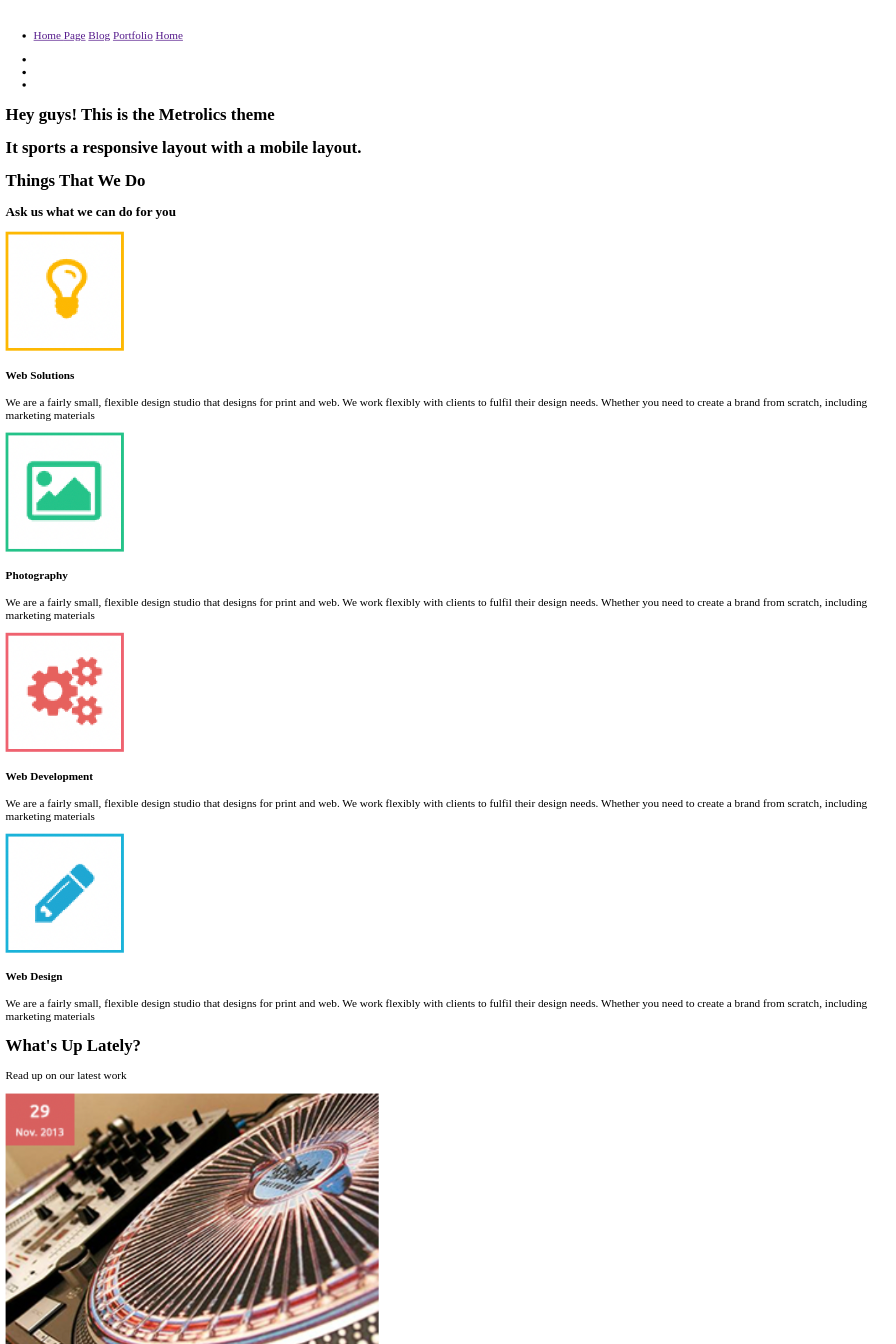
Repository: JerryWuOn/BCITPROJECT1-LAB-03B
Page: index.html
The author's editor kept a copy of each file at every save. The page is drawn from the files as they stood at one save, then again after the next save.
The browser window is 1280 px wide. The pictures show the part of the page from y = 0 to 1920 px (the page is 9210 px tall before and 9295 px after), at 70% of full size.

Above is the page before, as saved 2023-01-27 18:18:05.

### index.html
<!DOCTYPE html>
<html lang="en">
<head>
  <meta name="viewport" content="width=device-width, initial-scale=1.0">
    <title>Team Jerry and Takami</title>
</head>
<body class="page page--home">

  <header class="page_header">
      <div class="page_header_logo">
        <img src="" alt="">
      </div>
      <section class="home_pages">
        <ul class="page-links">
          <li class="page-links_items">
            <a href="">Home </a>
            <a href="">Page</a>
            <a href="">Blog</a>
            <a href="">Portfolio</a>
            <a href="">Home</a>
          </li>
        </ul>
      </section>
  </header>

  <section class="carousel">
    <ul class="carousel_items">
      <li></li>
      <li></li>
      <li></li>
    </ul>
  </section>

  <section class="comp_name">
    <h1  class="font">Hey guys! This is the Metrolics theme</h1>
         <h1  class="font2">It sports a responsive layout with a mobile layout.</h1>
  </section>

  <section class="comp_description">

  </section>

          <h2>Things That We Do</h2>
            <h3>Ask us what we can do for you</h3>

             <div class="">

                <div>
                   <a><img src="icon1.png" href=""></a>
                   <h4>Web Solutions</h4>
                   <p>We are a fairly small, flexible design studio that designs for print and web. We work flexibly with clients to fulfil their design needs.
                    Whether you need to create a brand from scratch, including marketing materials</p>
                </div>

                <div>
                    <a><img src="icon2.png" href=""></a>
                    <h4>Photography</h4>
                    <p>We are a fairly small, flexible design studio that designs for print and web.
                      We work flexibly with clients to fulfil their design needs. Whether you need to create a brand from scratch, including marketing materials</p>
                 </div>

                 <div>
                    <a><img src="icon3.png" href=""></a>
                    <h4>Web Development</h4>
                    <p>We are a fairly small, flexible design studio that designs for print and web.
                      We work flexibly with clients to fulfil their design needs. Whether you need to create a brand from scratch, including marketing materials</p>
                 </div>

                 <div>
                    <a><img src="icon4.png" href=""></a>
                    <h4>Web Design</h4>
                    <p>We are a fairly small, flexible design studio that designs for print and web. We work flexibly with clients to fulfil their design needs.
                      Whether you need to create a brand from scratch, including marketing materials</p>
                 </div>

                </div>


        <div>
            <h2>What's Up Lately?</h2>
            <p>Read up on our latest work</p>
        </div>

          <div>
            <div><img src="pic.png"></div>
            <div><img src="pic.png"></div>
            <div><img src="pic.png"></div>
          </div>

          <div>
            <h2>Our Latest Project</h2>
            <p>Client happy? We are happy.</p>
          </div>

          <div class="grid">
            <div><img src="pic2.png"></div>
            <div><img src="pic2.png"></div>
            <div><img src="pic2.png"></div>
            <div><img src="pic2.png"></div>
            <div><img src="pic2.png"></div>
            <div><img src="pic2.png"></div>
          </div>



          <div class="button--left">
            <h2>Thingsofabove</h2>
            <p>Music stuff we could not anyolace else</p>

          <div>
            <h2></h2>
              <div>
                <img>
                   <div>
                    <h3></h3>
                    <p></p>
                   </div>
              </div>
          </div>

          <div>
            <h2></h2>
          </div>

          <div>
            <h2></h2>
          </div>

          </div>

                 <div class="button--right">

                 </div>


            <div class="grid-containers2">

              <div><img src="pic2.png"></div>
              <div><img src="pic2.png"></div>
              <div><img src="pic2.png"></div>
              <div><img src="pic2.png"></div>
              <div><img src="pic2.png"></div>

            </div>

        <div>
            <div>
                <a><img></a>
                <p></p>
            </div>

              <div>
                <div>
                    <h4></h4>
                    <hl>
                    <p></p>
                      <div class="grid-containers3">
                        <div><img src="pic2.png"></div>
                        <div><img src="pic2.png"></div>
                        <div><img src="pic2.png"></div>
                        <div><img src="pic2.png"></div>
                        <div><img src="pic2.png"></div>
                      </div>
                </div>

                <div>
                    <h2></h2>
                     <div>
                        <a></a>
                        <a></a>
                        <a></a>
                     </div>
                       <div class="">
                        <a></a>
                        <a></a>
                        <a></a>
                       </div>
                </div>

                <div>
                    <h2></h2>
                        <div>
                            <div></div>
                            <p></p>
                        </div>

                          <div>
                            <div></div>
                            <p></p>
                          </div>
                </div>

                <div>
                    <h2></h2>
                    <p></p>
                    <p></p><a></a>
                </div>
              </div>
        </div>
</body>
</html>

After the next save:
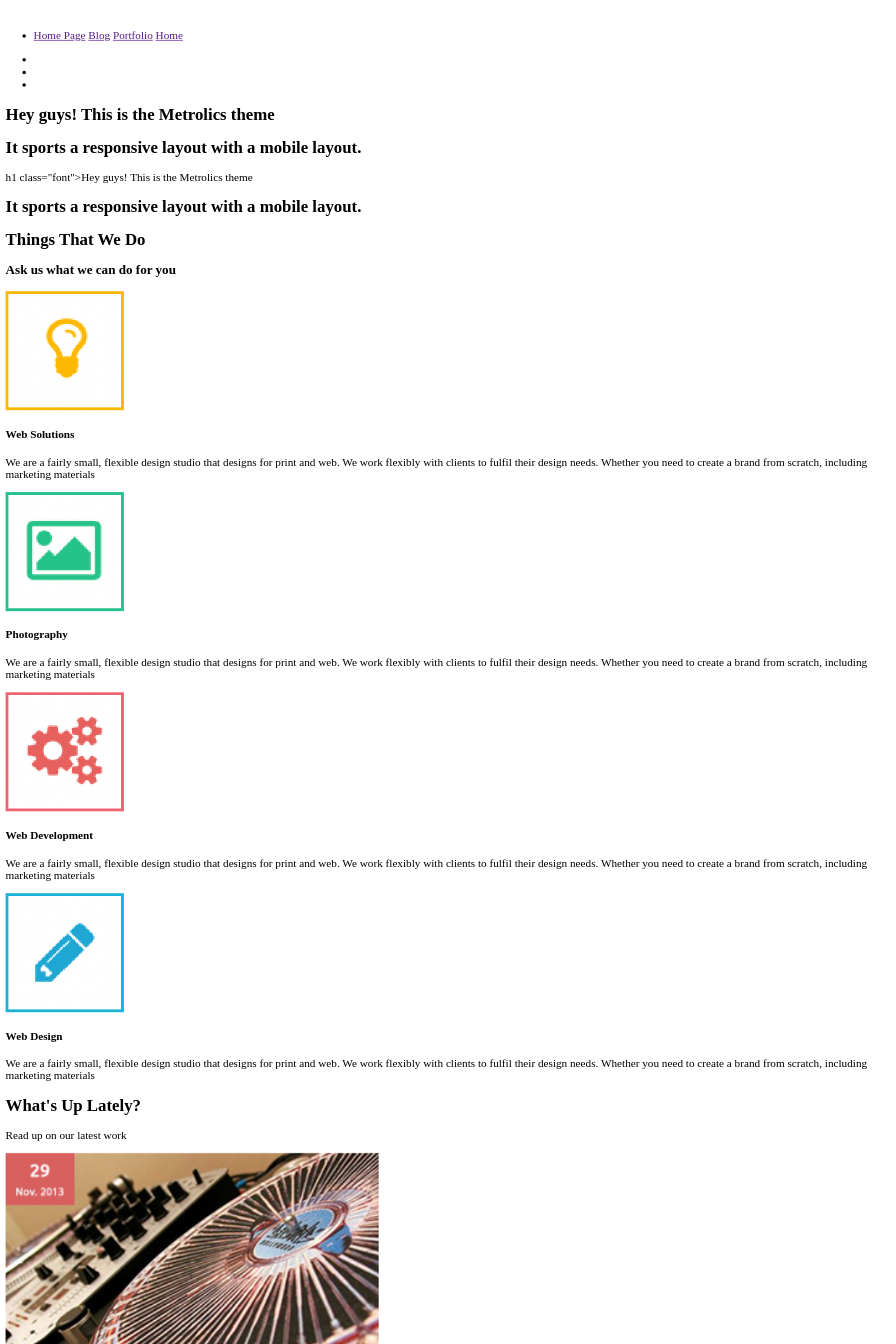
Saved 7 s later.
--- a/index.html
+++ b/index.html
@@ -37,6 +37,8 @@
   </section>
 
   <section class="comp_description">
+    h1  class="font">Hey guys! This is the Metrolics theme</h1>
+         <h1  class="font2">It sports a responsive layout with a mobile layout.</h1>
 
   </section>
 
